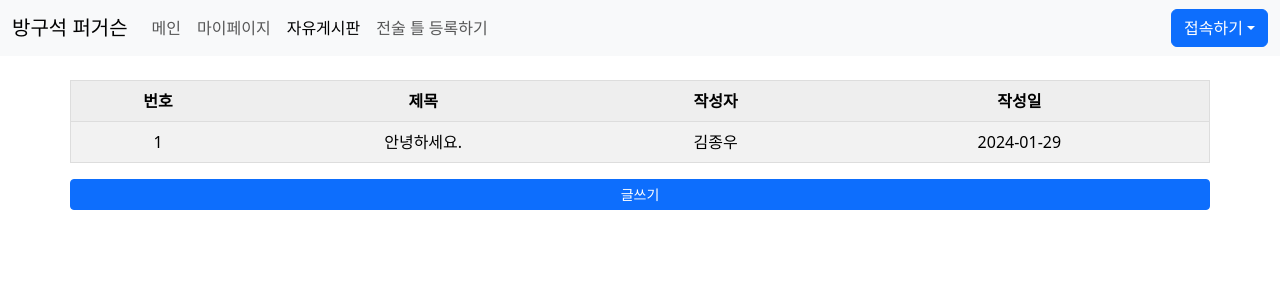
Repository: jiiiiiw/Spring-BBS
Page: http://localhost/BBS/bbs.jsp
The author's editor kept a copy of each file at every save. The page is drawn from the files as they stood at one save, then again after the next save.
The browser window is 1280 px wide. The pictures show the whole page.
The page is served by Tomcat 9.

Above is the page before, as saved 2024-01-30 04:50:23.

After the next save:
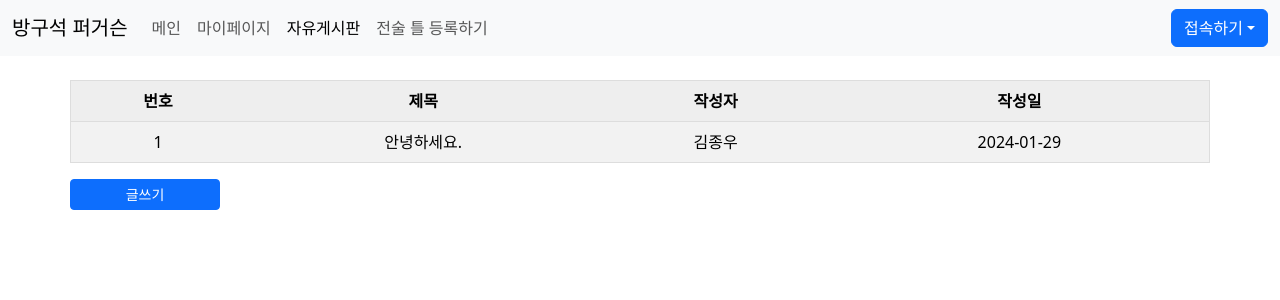
Saved 7 s later.
--- a/BBS/src/main/webapp/bbs.jsp
+++ b/BBS/src/main/webapp/bbs.jsp
@@ -98,7 +98,7 @@
 				</tbody>
 			</table>
 			<a href="write.jsp"
-			class="btn btn-sm btn-primary">글쓰기</a>
+			class="btn btn-sm btn-primary" style="width: 150px;">글쓰기</a>
 		</div>
 	</div>
 
